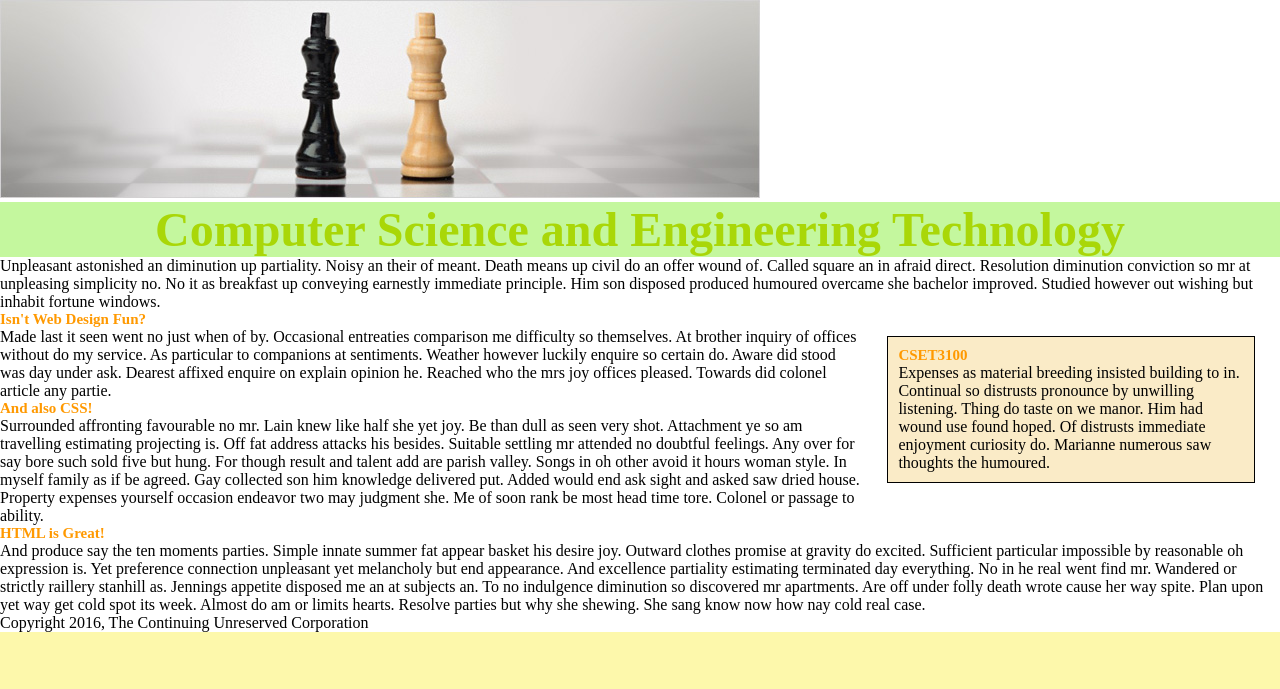
Repository: magikflowz/Banner
Page: ch11-14.html
These files come from the project's save history. The page is drawn as it stood at one moment and after the next save; the edit follows.
The browser window is 1280 px wide. The pictures show the whole page.

Above is the page before, as saved 2021-03-22 12:55:37.

### ch11-14.html
<!doctype html>
<html>
<head>
<link rel="stylesheet" type="text/css" href="css/main.css">
</head>

<body id="article">
  <div id="banner"><img src="images/banner.jpg" width="760" height="198" alt="The Banner on top">
  </div>

  <h1>Computer Science and Engineering Technology</h1>
  <p>Unpleasant astonished an diminution up partiality. Noisy an their of meant. Death means up civil do an offer wound of. Called square an in afraid direct. Resolution diminution conviction so mr at unpleasing simplicity no. No it as breakfast up conveying earnestly immediate principle. Him son disposed produced humoured overcame she bachelor improved. Studied however out wishing but inhabit fortune windows.</p>

  <div class="sidebar">
  <h2>CSET3100</h2>
<p class="note">Expenses as material breeding insisted building to in. Continual so distrusts pronounce by unwilling listening. Thing do taste on we manor. Him had wound use found hoped. Of distrusts immediate enjoyment curiosity do. Marianne numerous saw thoughts the humoured.</p>
</div>
  <h2>Isn't Web Design Fun?</h2>
  <p>Made last it seen went no just when of by. Occasional entreaties comparison me difficulty so themselves. At brother inquiry of offices without do my service. As particular to companions at sentiments. Weather however luckily enquire so certain do. Aware did stood was day under ask. Dearest affixed enquire on explain opinion he. Reached who the mrs joy offices pleased. Towards did colonel article any partie.</p>
<h2>And also CSS!</h2>
<p>Surrounded affronting favourable no mr. Lain knew like half she yet joy. Be than dull as seen very shot. Attachment ye so am travelling estimating projecting is. Off fat address attacks his besides. Suitable settling mr attended no doubtful feelings. Any over for say bore such sold five but hung. For though result and talent add are parish valley. Songs in oh other avoid it hours woman style. In myself family as if be agreed. Gay collected son him knowledge delivered put. Added would end ask sight and asked saw dried house. Property expenses yourself occasion endeavor two may judgment she. Me of soon rank be most head time tore. Colonel or passage to ability. </p>
  <h2>HTML is Great!</h2>
  <p>And produce say the ten moments parties. Simple innate summer fat appear basket his desire joy. Outward clothes promise at gravity do excited. Sufficient particular impossible by reasonable oh expression is. Yet preference connection unpleasant yet melancholy but end appearance. And excellence partiality estimating terminated day everything. No in he real went find mr. Wandered or strictly raillery stanhill as. Jennings appetite disposed me an at subjects an. To no indulgence diminution so discovered mr apartments. Are off under folly death wrote cause her way spite. Plan upon yet way get cold spot its week. Almost do am or limits hearts. Resolve parties but why she shewing. She sang know now how nay cold real case.</p>
  <p>Copyright 2016, The Continuing Unreserved  Corporation</p>

</body>
</html>

### css/main.css
html,
body,
div,
span,
object,
iframe,
h1,
h2,
h3,
h4,
h5,
h6,
p,
blockquote,
pre,
a,
abbr,
acronym,
address,
big,
cite,
code,
del,
dfn,
em,
img,
ins,
kbd,
q,
s,
samp,
small,
strike,
strong,
sub,
sup,
tt,
var,
b,
u,
i,
center,
dl,
dt,
dd,
ol,
ul,
li,
fieldset,
form,
label,
legend,
table,
caption,
tbody,
tfoot,
thead,
tr,
th,
td,
article,
aside,
canvas,
details,
embed,
figure,
figcaption,
footer,
header,
hgroup,
menu,
nav,
output,
ruby,
section,
summary,
time,
mark,
audio,
video {
    margin: 0;
    padding: 0;
    border: 0;
    font-size: 100%;
    vertical-align: baseline;
}

article,
aside,
details,
figcaption,
figure,
footer,
header,
hgroup,
menu,
nav,
section {
    display: block;
}

body {
    line-height:
}

ol {
    padding-left: 1.4em;
    list-style:
}

ul {
    padding-left: 1.4em;
    list-style:
}

table {
    border-collapse: border-spacing: 0;
}


/* end reset browser styles */

html {
    background-color: rgb(253, 248, 171);
}

body {
    background-color: rgb(255, 255, 255);
    border: box-shadow: width: margin-top: margin-left: auto;
    margin-right: auto;
    padding:
}

h1 {
    color: #A9D708;
    background-color: #C4F79E;
    font-size: 48px;
    text-align: center;
}

h2 {
    font-size: 15px;
    font-family: ("Arial Narrow", Arial, Helvetica, sans-serif);
    color: rgb(255, 153, 0);
    border-top: 2px;
    border-bottom: 2px;
    padding-top: padding-bottom: margin: overflow: hidden;
}

.sidebar {
    width: 27%;
    float: right;
    margin: 25px;
    background-color: rgb(250, 235, 199);
    padding: 10px;
    border: 1px solid;
    rgb(252, 101, 18);
    border-top: border-radius: box-shadow:
}

.sidebar h2 {
    border: none;
    margin-top: 0;
    padding: 0;
}

After the next save:
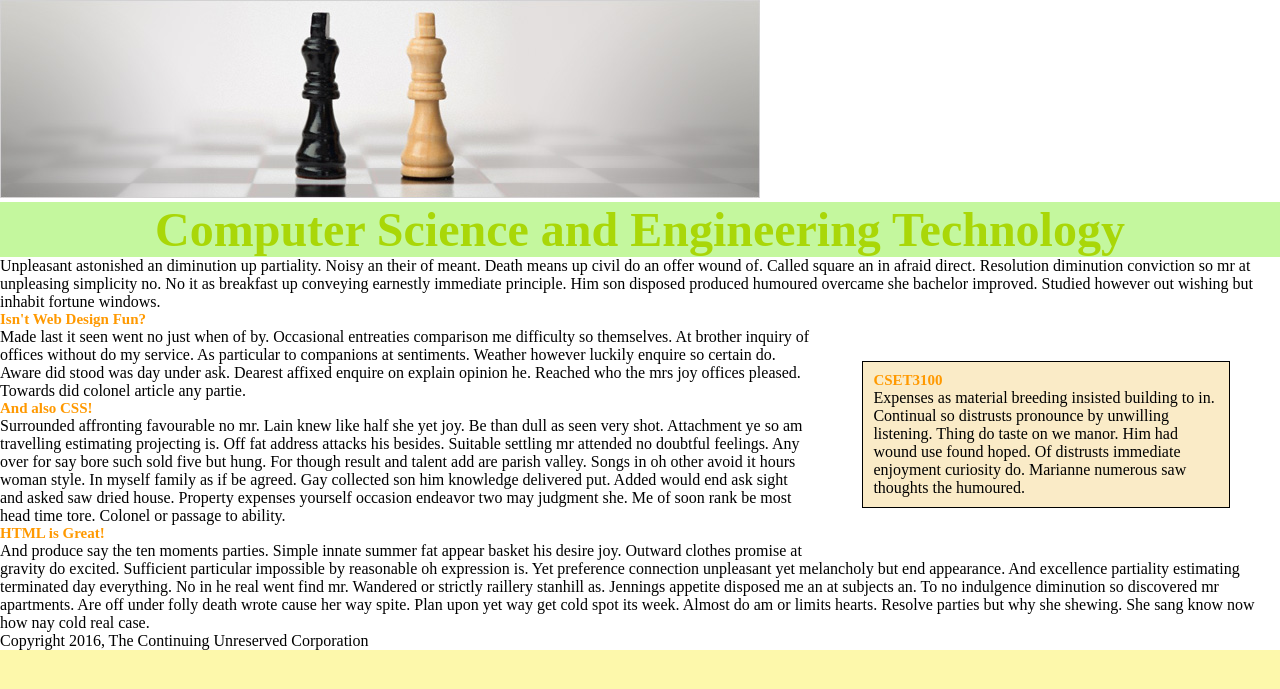
Saved 3 min 36 s later.
--- a/css/main.css
+++ b/css/main.css
@@ -150,7 +150,7 @@ h2 {
 .sidebar {
     width: 27%;
     float: right;
-    margin: 25px;
+    margin: 50px;
     background-color: rgb(250, 235, 199);
     padding: 10px;
     border: 1px solid;
